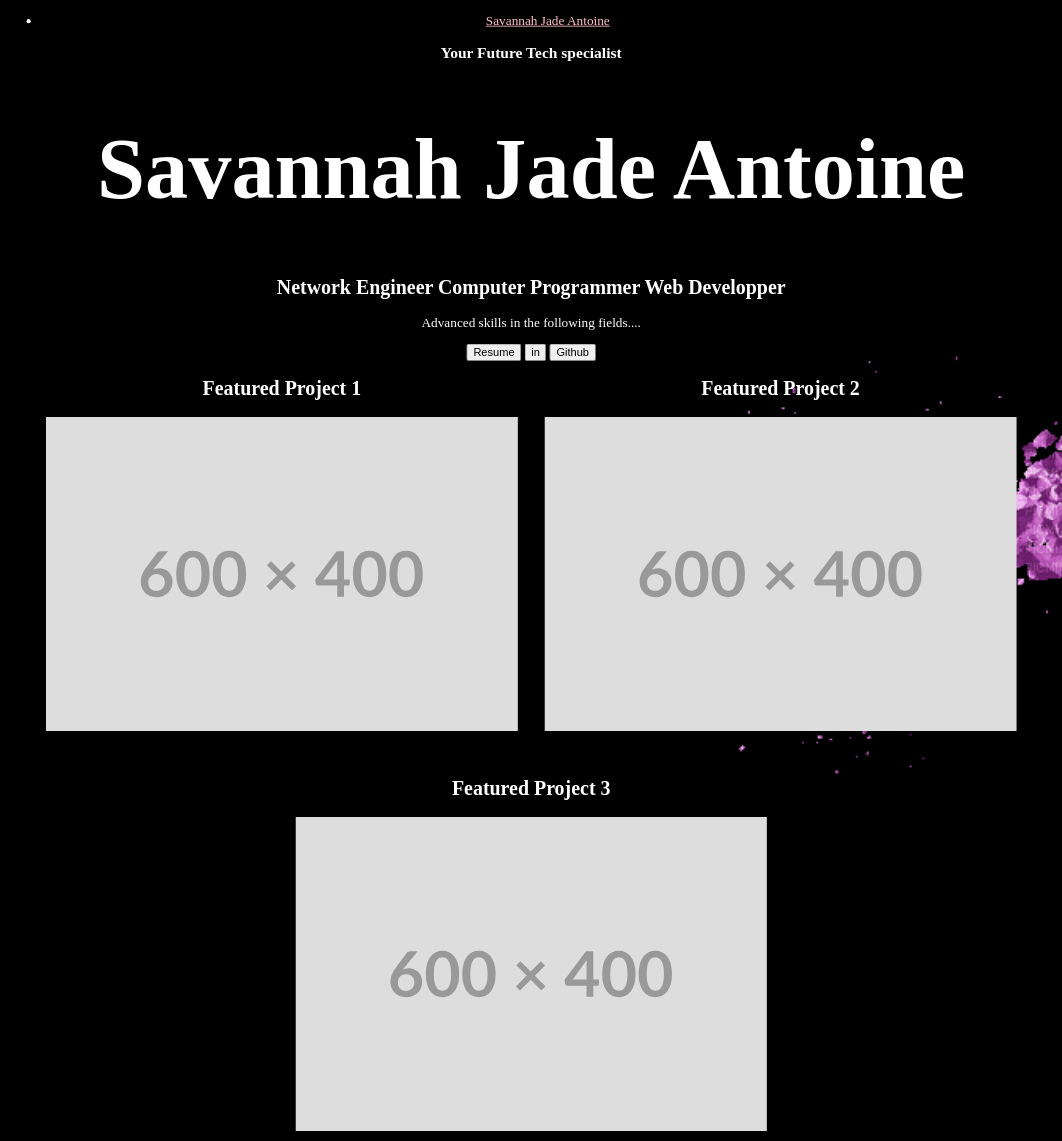
Repository: Savannah-Antoine/Savannah-Antoine
Page: index.html
The author's editor kept a copy of each file at every save. The page is drawn from the files as they stood at one save, then again after the next save.
The browser window is 1280 px wide. The pictures show the whole page, at 83% of full size.

Above is the page before, as saved 2026-04-22 23:15:48.

After the next save:
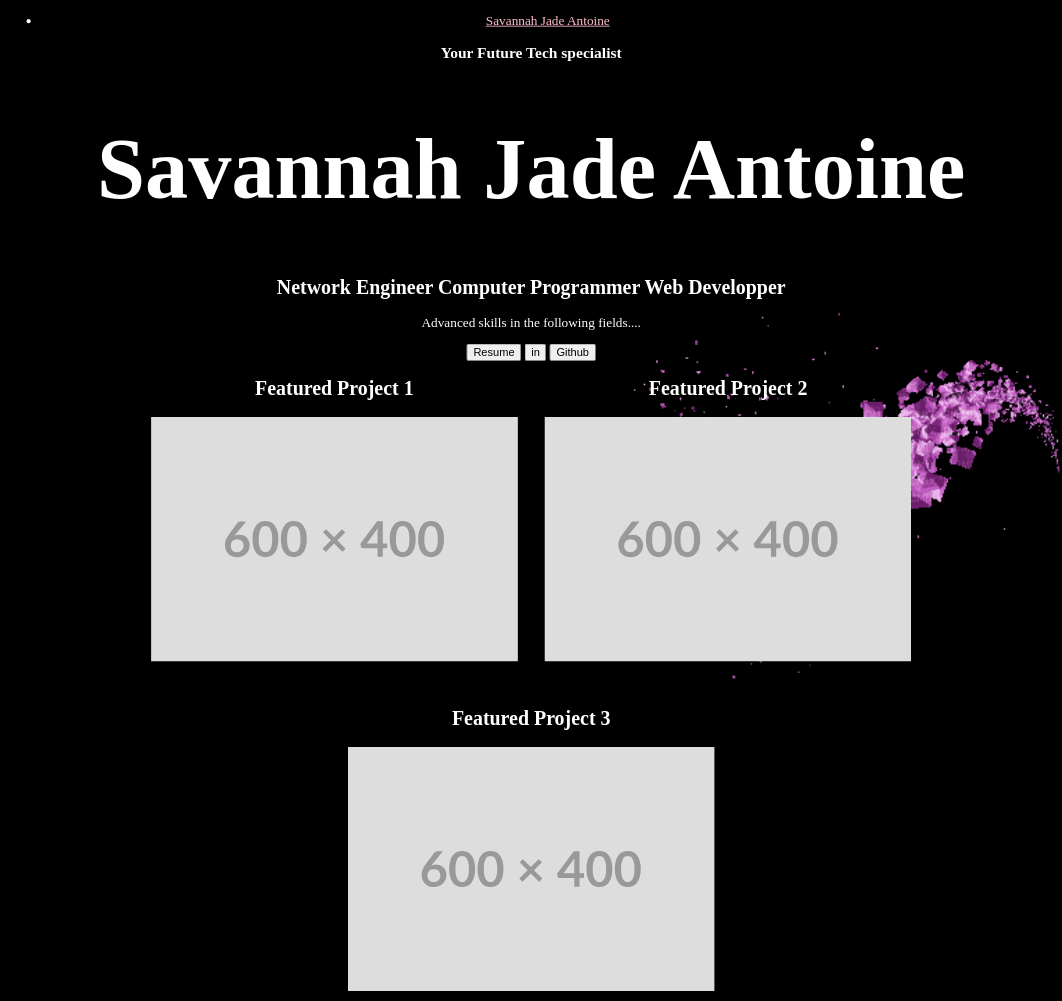
Saved 78 s later.
--- a/styles/index.css
+++ b/styles/index.css
@@ -9,11 +9,12 @@ img{
     width: 100%;
     height:auto;
 }
-section{
-    width: 45%;
-}
+
 @media screen and (min-width: 768px)
 {
+    section{
+    width: 35%;
+}
     .container{
           display:flex;
           flex-direction: row;
